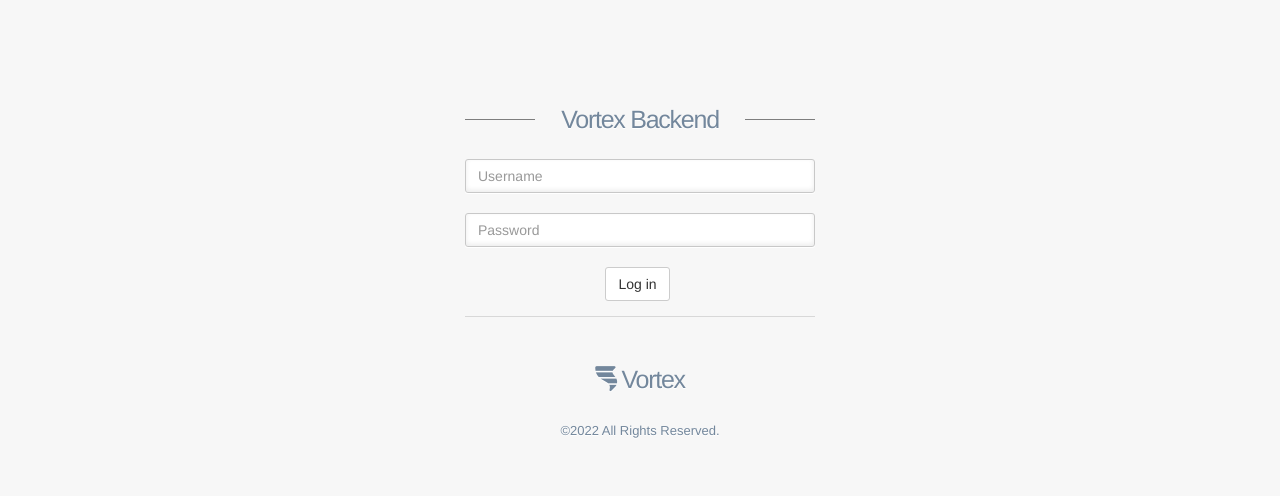
Repository: gteddie/VortexN
Page: workspace/Vortex/src/main/webapp/view/login.html
The author's editor kept a copy of each file at every save. The page is drawn from the files as they stood at one save, then again after the next save.
The browser window is 1280 px wide. The pictures show the whole page.

Above is the page before, as saved 2022-12-28 00:42:40.

### workspace/Vortex/src/main/webapp/view/login.html
<!DOCTYPE html>
<html lang="en">
  <head>
    <meta http-equiv="Content-Type" content="text/html; charset=UTF-8">
    <!-- Meta, title, CSS, favicons, etc. -->
    <meta charset="utf-8">
    <meta http-equiv="X-UA-Compatible" content="IE=edge">
    <meta name="viewport" content="width=device-width, initial-scale=1">

    <title>Vortex後臺系統</title>

    <!-- Bootstrap -->
    <link href="../assets/vendors/bootstrap/dist/css/bootstrap.min.css" rel="stylesheet">
    <!-- Font Awesome -->
    <link href="../assets/vendors/fontawesome/css/fontawesome.min.css" rel="stylesheet">
    <link href="../assets/vendors/fontawesome/css/solid.css" rel="stylesheet">
    <!-- NProgress -->
    <link href="../assets/vendors/nprogress/nprogress.css" rel="stylesheet">
    <!-- Animate.css -->
    <link href="../assets/vendors/animate.css/animate.min.css" rel="stylesheet">

    <!-- Custom Theme Style -->
    <link href="../assets/build/css/custom.min.css" rel="stylesheet">
  </head>

  <body class="login">
    <div>
      <a class="hiddenanchor" id="signup"></a>
      <a class="hiddenanchor" id="signin"></a>

      <div class="login_wrapper">
        <div class="animate form login_form">
          <section class="login_content">
            <form action = "/Vortex/AdminLogin" method="post">
              <h1>Vortex Backend</h1>
              <div>
                <input type="text" name="username" class="form-control" placeholder="Username" required="" />
              </div>
              <div>
                <input type="password" name="password" class="form-control" placeholder="Password" required="" />
              </div>
              <div>
                <button class="btn btn-default submit">Log in</button>
              </div>

              <div class="clearfix"></div>

              <div class="separator">
                <p class="change_link">
                </p>
                <div class="clearfix"></div>
                <br />

                <div>
                  <h1>
                    <i class="fa fa-tornado"></i>
                  Vortex</h1>
                  <p>©2022 All Rights Reserved.</p>
                </div>
              </div>
            </form>
          </section>
        </div>
      </div>
    </div>
  </body>
</html>

Loaded but not shown: workspace/Vortex/src/main/webapp/assets/vendors/bootstrap/dist/css/bootstrap.min.css (library); workspace/Vortex/src/main/webapp/assets/vendors/fontawesome/css/fontawesome.min.css (library); workspace/Vortex/src/main/webapp/assets/vendors/fontawesome/css/solid.css (common file); workspace/Vortex/src/main/webapp/assets/vendors/nprogress/nprogress.css (common file); workspace/Vortex/src/main/webapp/assets/vendors/animate.css/animate.min.css (library); workspace/Vortex/src/main/webapp/assets/build/css/custom.min.css (library)

After the next save:
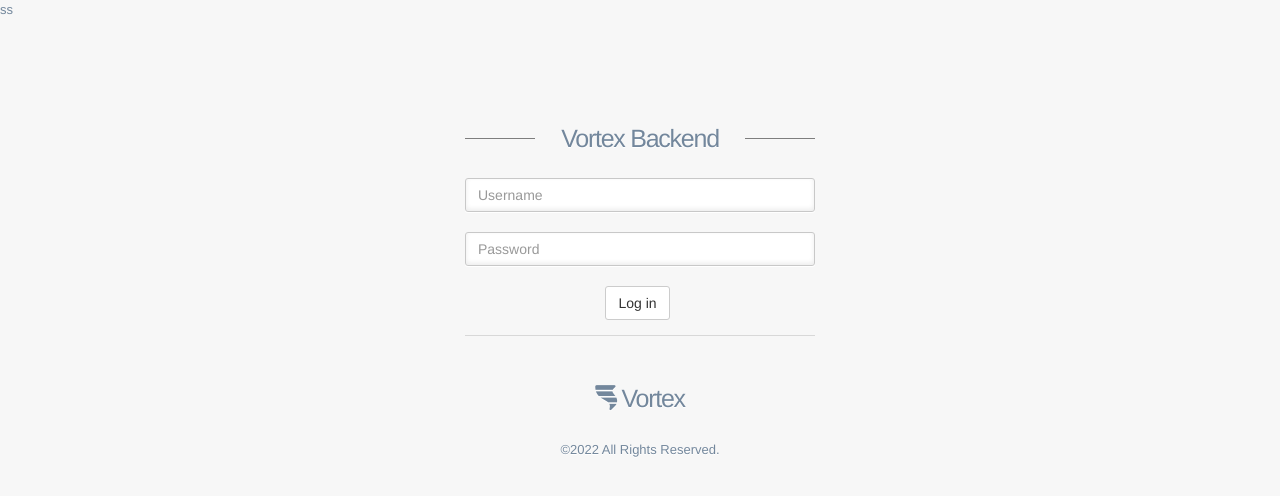
Saved 6 h 26 min later.
--- a/workspace/Vortex/src/main/webapp/view/login.html
+++ b/workspace/Vortex/src/main/webapp/view/login.html
@@ -26,7 +26,7 @@
   <body class="login">
     <div>
       <a class="hiddenanchor" id="signup"></a>
-      <a class="hiddenanchor" id="signin"></a>
+      <a class="hiddenanchor" id="signin"></a>ss
 
       <div class="login_wrapper">
         <div class="animate form login_form">
